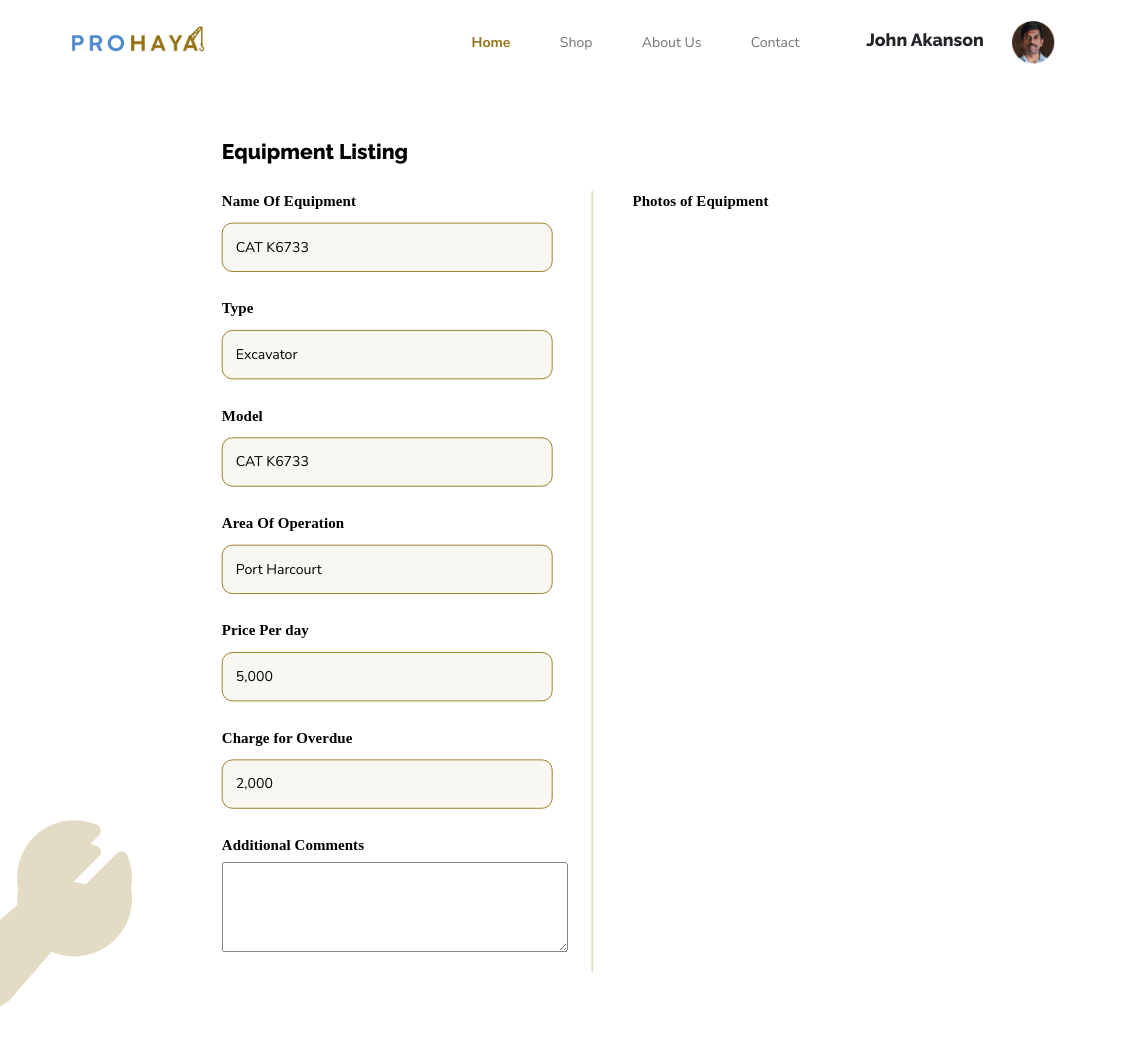
Repository: stormcelltech/Prohaya-UI
Page: Prohaya-UI/equipment_listing.html
The author's editor kept a copy of each file at every save. The page is drawn from the files as they stood at one save, then again after the next save.
The browser window is 1280 px wide. The pictures show the whole page, at 88% of full size.
Some web libraries are served in a nearby version.

Above is the page before, as saved 2022-04-14 03:32:41.
Console error: TypeError: $(...).owlCarousel is not a function

### Prohaya-UI/equipment_listing.html
<!DOCTYPE html>
<html lang="en">

<head>
    <meta charset="UTF-8">
    <meta http-equiv="X-UA-Compatible" content="IE=edge">
    <meta name="viewport" content="width=device-width, initial-scale=1.0">
    <title>Prohaya</title>
    <script src="./assets/js/jquery-3.6.0.js"></script>
    <script src="./assets/bootstrap/dist/js/bootstrap.bundle.js"></script>
    <link rel="stylesheet" href="assets/bootstrap/dist/css/bootstrap.css">
    <link rel="stylesheet" href="./assets/css/custom.css">
    <link rel="stylesheet" href="./assets/css/carousel.css">
    <link rel="stylesheet" href="./assets/css/responsive.css">
    <script src="https://kit.fontawesome.com/151ccf5101.js" crossorigin="anonymous"></script>
    <link rel="stylesheet" href="assets/fontawesome/css/all.css">
    <link rel="preconnect" href="https://fonts.googleapis.com">
    <link rel="preconnect" href="https://fonts.gstatic.com" crossorigin>
    <link href="https://fonts.googleapis.com/css2?family=Raleway:wght@800&display=swap" rel="stylesheet">


</head>

<body>
    <nav class="navbar navbar-expand-lg navbar-light custom-navWidth bg-light">
        <div class="container">
            <a class="navbar-brand" href="#"><img src="assets/img/logo/logo.png" class="logo" alt=""></a>
            <button class="navbar-toggler border-0" type="button" data-bs-toggle="collapse" data-bs-target="#navbarSupportedContent" aria-controls="navbarSupportedContent" aria-expanded="false" aria-label="Toggle navigation">
            <span class="navbar-toggler-icon"></span>
          </button>
            <div class="collapse navbar-collapse" id="navbarSupportedContent">
                <ul class="navbar-nav custom-nav-link ms-auto mb-2 mb-lg-0">
                    <li class="nav-item">
                        <a class="nav-link active custom-active" aria-current="page" href="#">Home</a>
                    </li>
                    <li class="nav-item">
                        <a class="nav-link" href="shop.html">Shop</a>
                    </li>

                    <li class="nav-item">
                        <a class="nav-link" href="#">About Us</a>
                    </li>

                    <li class="nav-item">
                        <a class="nav-link" href="#">Contact</a>
                    </li>
                </ul>
                <div class="custom-nav-btn-container">
                    <!-- <a href="login.html" class="signin-link">Sign in</a> -->
                    <strong class="custom_john">John Akanson</strong>
                    <!-- <a href="signup.html" class="custom-btn-primary">Sign Up</a> -->
                    <img src="./assets/img/card img/Ellipse 14.png" alt="">
                </div>
            </div>
        </div>
    </nav>



    <header class="custom-listing-padding">
        <div class="container">
            <div class="row">
                <h1 class="custom_listing">Equipment Listing</h1>
                <form action="">
                    <div class="row custom-row-padding">
                        <div class="col-md-6">
                            <div class="mb-3">
                                <label for="exampleFormControlInput1" class="form-label custom-labels">Name Of Equipment</label>
                                <input type="text" class="form-control custom-input" id="exampleFormControlInput1" placeholder="CAT K6733">
                            </div>
                            <div class="mb-3">
                                <label for="exampleFormControlInput1" class="form-label custom-labels">Type</label>
                                <input type="text" class="form-control custom-input" id="exampleFormControlInput1" placeholder="Excavator">
                            </div>
                            <div class="mb-3">
                                <label for="exampleFormControlInput1" class="form-label custom-labels">Model</label>
                                <input type="text" class="form-control custom-input" id="exampleFormControlInput1" placeholder="CAT K6733">
                            </div>
                            <div class="mb-3">
                                <label for="exampleFormControlInput1" class="form-label custom-labels">Area Of Operation</label>
                                <input type="text" class="form-control custom-input" id="exampleFormControlInput1" placeholder="Port Harcourt">
                            </div>
                            <div class="mb-3">
                                <label for="exampleFormControlInput1" class="form-label custom-labels">Price Per day</label>
                                <input type="number" class="form-control custom-input" id="exampleFormControlInput1" placeholder="5,000">
                            </div>
                            <div class="mb-3">
                                <label for="exampleFormControlInput1" class="form-label custom-labels">Charge for Overdue</label>
                                <input type="number" class="form-control custom-input" id="exampleFormControlInput1" placeholder="2,000">
                            </div>
                            <div class="mb-3">
                                <label for="exampleFormControlInput1" class="form-label custom-labels">Additional Comments</label>
                                <textarea name="" id="" cols="40" rows="4"></textarea>
                                <!-- <input type="text" class="form-control custom-input" id="exampleFormControlInput1" placeholder="CAT K6733"> -->
                            </div>

                        </div>
                        <div class="col-md-1 ">
                            <div class="custom_hr">
                            </div>
                        </div>

                        <div class="col-md-5">
                            <strong class="custom_photo_section">Photos of Equipment</strong>
                        </div>
                    </div>
                </form>

            </div>
        </div>
    </header>
    <div class="container-fluid">
        <div class="spanner-container">
            <img src="./assets/img/header component/Vector.svg" class="" alt="">
        </div>
    </div>
    <div class="container-fluid">
        <div class="spanner-container">
            <img src="./assets/img/header component/Vector.svg" class="" alt="">
        </div>
    </div>
    <!-- <div class="container my-5">
        <div class="input-group d-md-none">
            <select class="form-select custom-form-select" id="inputGroupSelect04" aria-label="Example select with button addon">
              <option class="selected" selected>Location</option>
              <option value="1">One</option>
              <option value="2">Two</option>
              <option value="3">Three</option>
            </select>
            <select class="form-select custom-form-select" id="inputGroupSelect04" aria-label="Example select with button addon">
                <option class="selected" selected>Categories</option>
                <option value="1">One</option>
                <option value="2">Two</option>
                <option value="3">Three</option>
              </select>
            <select class="form-select custom-form-select" id="inputGroupSelect04" aria-label="Example select with button addon">
                <option class="selected" selected>Price</option>
                <option value="1">One</option>
                <option value="2">Two</option>
                <option value="3">Three</option>
              </select>
            <button class="btn btn-outline-secondary custom-brown-btn" type="button"><i class="fas fa-search"></i></button>
        </div>
    </div> -->
    <!-- <div class="container-fluid">
        <div class="spanner-container">
            <img src="./assets/img/header component/Vector.svg" class="" alt="">
        </div>
    </div> -->

    <!-- <section class="what-we-offer-bg">
        <div class="container">
            <h1 class="custom-heading-2 mt-5 text-white">
                What we offer
            </h1>
            <div class="line"></div>
        </div>

        <div class="container">
            <div class="row my-5 row-padding">
                <div class="col-md-4">
                    <div class="card mb-3 bg-transparent border-0" style="max-width: 540px;">
                        <div class="row g-0">
                            <div class="col-md-3 col-sm-12">
                                <div class="card-box d-flex justify-content-center">
                                    <div class="circle-1 text-center">
                                        <div class="icon-padding">
                                            <img src="./assets/img/icon/paste.png" width="35px" style="margin: 0 auto;" alt="">
                                        </div>
                                    </div>
                                </div>
                            </div>
                            <div class="col-md-9 text-start">
                                <div class="card-body">
                                    <h5 class="card-title custom-card-title">Listings Of Equipments</h5>
                                    <p class="card-text custom-card-text">Prohaya connects you with a wide range of equipments from vendors all around Nigeria. </p>
                                </div>
                            </div>
                        </div>
                    </div>
                </div>
                <div class="col-md-4">
                    <div class="card mb-3 bg-transparent border-0" style="max-width: 540px;">
                        <div class="row g-0">
                            <div class="col-md-3">
                                <div class="card-box d-flex justify-content-center">
                                    <div class="circle-2 text-center">
                                        <div class="icon-padding">
                                            <img src="./assets/img/icon/van-cargo.png" width="35px" style="margin: 0 auto;" alt="">
                                        </div>
                                    </div>
                                </div>
                            </div>
                            <div class="col-md-9 text-start">
                                <div class="card-body">
                                    <h5 class="card-title custom-card-title">Delivery Nationwide</h5>
                                    <p class="card-text custom-card-text">Prohaya connects you with a wide range of equipments from vendors all around Nigeria. </p>
                                </div>
                            </div>
                        </div>
                    </div>
                </div>
                <div class="col-md-4">
                    <div class="card mb-3 bg-transparent border-0" style="max-width: 540px;">
                        <div class="row g-0">
                            <div class="col-md-3">
                                <div class="card-box d-flex justify-content-center">
                                    <div class="circle-3 text-center">
                                        <div class="icon-padding">
                                            <img src="./assets/img/icon/arrow.png" width="35px" style="margin: 0 auto;" alt="">
                                        </div>
                                    </div>
                                </div>
                            </div>
                            <div class="col-md-9 text-start">
                                <div class="card-body">
                                    <h5 class="card-title custom-card-title">Negotiable Payments</h5>
                                    <p class="card-text custom-card-text">Prohaya connects you with a wide range of equipments from vendors all around Nigeria. </p>
                                </div>
                            </div>
                        </div>
                    </div>
                </div>
            </div>
        </div>
    </section> -->

    <!-- <section class="section-settings-3">
        <div class="container">
            <h1 class="custom-heading-3 mt-5 text-center">
                What do you need ?
            </h1>
        </div>

        <div class="container">
            <div class="row">
                <div class="col-md-4">
                    <div class="card" style="width: 20rem;">
                        <img src="./assets/img/background/unsplash_jibUsRaauLY.png" class="card-img-top p-3" alt="...">
                        <div class="card-body">
                            <div class="card-title custom-card-title-2">
                                Excavators
                            </div>
                            <div class="card-text font-weight-bold">
                                Available
                            </div>
                        </div>
                    </div>
                </div>
                <div class="col-md-4">
                    <div class="card" style="width: 20rem;">
                        <img src="./assets/img/background/unsplash_AI2YT94sSeA@2x.png" class="card-img-top p-3" alt="...">
                        <div class="card-body">
                            <div class="card-title custom-card-title-2">
                                Bulldozers
                            </div>
                            <div class="card-text font-weight-bold">
                                Available
                            </div>
                        </div>
                    </div>
                </div>
                <div class="col-md-4">
                    <div class="card" style="width: 20rem;">
                        <img src="./assets/img/background/unsplash_9qfH_EIzH6w.png" class="card-img-top p-3" alt="...">
                        <div class="card-body">
                            <div class="card-title custom-card-title-2">
                                Graders
                            </div>
                            <div class="card-text font-weight-bold">
                                Available
                            </div>
                        </div>
                    </div>
                </div>
            </div>



        </div>
    </section> -->

    <!-- <section class="section-settings-4">
        <div class="container">
            <h1 class="custom-heading-2 mt-5 text-dark">
                Testimonials
            </h1>
            <div class="line"></div>
        </div>

        <div class="container">
            <div class="circle-quote-container d-flex justify-content-start">
                <div class="circle-quote d-inline-flex">
                    <span class="circle-quote-img"><img src="./assets/img/icon/Vector.svg" alt=""></span><span></span>
                </div>
            </div>
            <div class="row testimonial-margin">
                <div class="col-md-4">
                    <div class="card">
                        <img src="assets/img/background/Rectangle 28.png" alt="" class="card-img-top">
                        <div class="card-body">
                            <div class="card-text my-2 text-justify">
                                Lorem ipsum dolor sit amet, consectetur adipiscing elit. Lacus scelerisque faucibus feugiat sed vestibulum sit mauris eget tempor. Hac lacus, posuere in bibendum interdum.
                            </div>
                            <div class="card-title font-weight-bold">
                                <b>
                                Kate
                                </b>
                            </div>
                            <div class="text-gray">
                                Elizade Construction Company
                            </div>
                        </div>
                    </div>
                </div>
                <div class="col-md-4">
                    <div class="card">
                        <img src="assets/img/background/unsplash_vK6HbLrGzZc.png" alt="" class="card-img-top">
                        <div class="card-body">
                            <div class="card-text my-2 text-justify">
                                Lorem ipsum dolor sit amet, consectetur adipiscing elit. Lacus scelerisque faucibus feugiat sed vestibulum sit mauris eget tempor. Hac lacus, posuere in bibendum interdum.
                            </div>
                            <div class="card-title font-weight-bold">
                                <b>
                                    Okoro
                                </b>
                            </div>
                            <div class="text-gray">
                                Elizade Construction Company
                            </div>
                        </div>
                    </div>
                </div>
                <div class="col-md-4">
                    <div class="card">
                        <img src="assets/img/background/unsplash_KHO_jvns5Xc.png" alt="" class="card-img-top">
                        <div class="card-body">
                            <div class="card-text my-2 text-justify">
                                Lorem ipsum dolor sit amet, consectetur adipiscing elit. Lacus scelerisque faucibus feugiat sed vestibulum sit mauris eget tempor. Hac lacus, posuere in bibendum interdum.
                            </div>
                            <div class="card-title font-weight-bold">
                                <b>
                                    Micheal
                                </b>
                            </div>
                            <div class="text-gray">
                                Elizade Construction Company
                            </div>
                        </div>
                    </div>
                </div>
            </div>

            <div class="circle-quote-container d-flex justify-content-end">
                <div class="circle-quote-2 d-inline-flex"> -->
                    <!-- <span class="circle-quote-img"><img src="./assets/img/icon/Vector.svg" alt=""></span><span></span> -->
                    <!-- <span></span> <span class="circle-quote-img-2"><img src="./assets/img/icon/Vector.svg" alt=""></span>
                </div>
            </div>
        </div>
    </section> -->

    <!-- <section class="section-settings-5">
        <div class="container">
            <div class="row d-flex justify-content-center">
                <div class="col-md-6">
                    <div class="details-1 pb-5 my-lg-5">
                        The largest community of <br> Heavy duty equipments <br> Hirers and Users
                    </div>
                </div>
                <div class="col-md-6">
                    <div class="card custom-signup-card">
                        <div class="signup-heading">
                            Sign up for a free account
                        </div>
                        <div class="card-body p-4">
                            <form action="" class="px-4">
                                <div class="row">
                                    <div class="col-md-6 mt-4">
                                        <input type="text" class="form-control form-custom-control" placeholder="First name" name="firstname" id="">
                                    </div>
                                    <div class="col-md-6 mt-4">
                                        <input type="text" name="lastname" class="form-control form-custom-control" placeholder="Last name" id="">
                                    </div>
                                </div>
                                <div class="row mt-4">
                                    <div class="col-md-12">
                                        <input type="email" class="form-control form-custom-control" placeholder="Email address" name="firstname" id="">
                                    </div>

                                </div>

                                <div class="row my-4">
                                    <div class="col-md-12">
                                        <input type="password" class="form-control form-custom-control" placeholder="Create password" name="firstname" id="">
                                    </div>

                                </div>

                                <div class="signup-btn-container mb-4">
                                    <button type="submit" class="custom-btn custom-primary-btn">Register</button>
                                </div>
                            </form>
                        </div>
                    </div>
                </div>
            </div>
        </div>
    </section> -->

    <!-- <footer class="footer-settings">
        <div class="container">
            <div class="row mt-5">
                <div class="col-md-12">
                    <div class="row">
                        <div class="col-md-4">
                            <div class="logo-brand">
                                <img src="./assets/img/logo/logo.png" alt="">
                            </div>
                        </div>
                        <div class="col-md-4">
                            <div class="col-md-12">
                                <div class="row">
                                    <div class="col-md-4">
                                        <a href="#" class="footer-link">Contact Us</a>
                                    </div>
                                    <div class="col-md-4">
                                        <a href="#" class="footer-link">Community</a>
                                    </div>
                                    <div class="col-md-4">
                                        <a href="#" class="footer-link">Company</a>
                                    </div>
                                </div>
                            </div>
                        </div>
                        <div class="col-md-4">
                            <div class="footer-copyright">
                                © Prohaya, Inc. 2022. We love our users!
                            </div>
                        </div>
                    </div>
                </div>
            </div> -->
            <!-- <div class="footer-bg">
                <img src="./assets/img/background/footer-bg.png" class="fixed-bottom" alt="">
            </div> -->

        <!-- </div>

    </footer> -->
    <!-- <div class="footer-custom-style">
        <div></div>
        <div></div>
    </div> -->
    <!-- <div class="footer-cover">
    </div> -->











    <script src="./assets/js/slider.js"></script>
</body>

</html>

Loaded but not shown: assets/js/jquery-3.6.0.js (library); assets/bootstrap/dist/js/bootstrap.bundle.js (library); assets/bootstrap/dist/css/bootstrap.css (library); assets/fontawesome/css/all.css (library); assets/js/slider.js (95 lines, source omitted); Prohaya-UI/assets/css/custom.css (836 lines, source omitted); assets/css/carousel.css (no copy from this time; the picture is the same without it); assets/css/responsive.css (no copy from this time; the picture is the same without it)

After the next save:
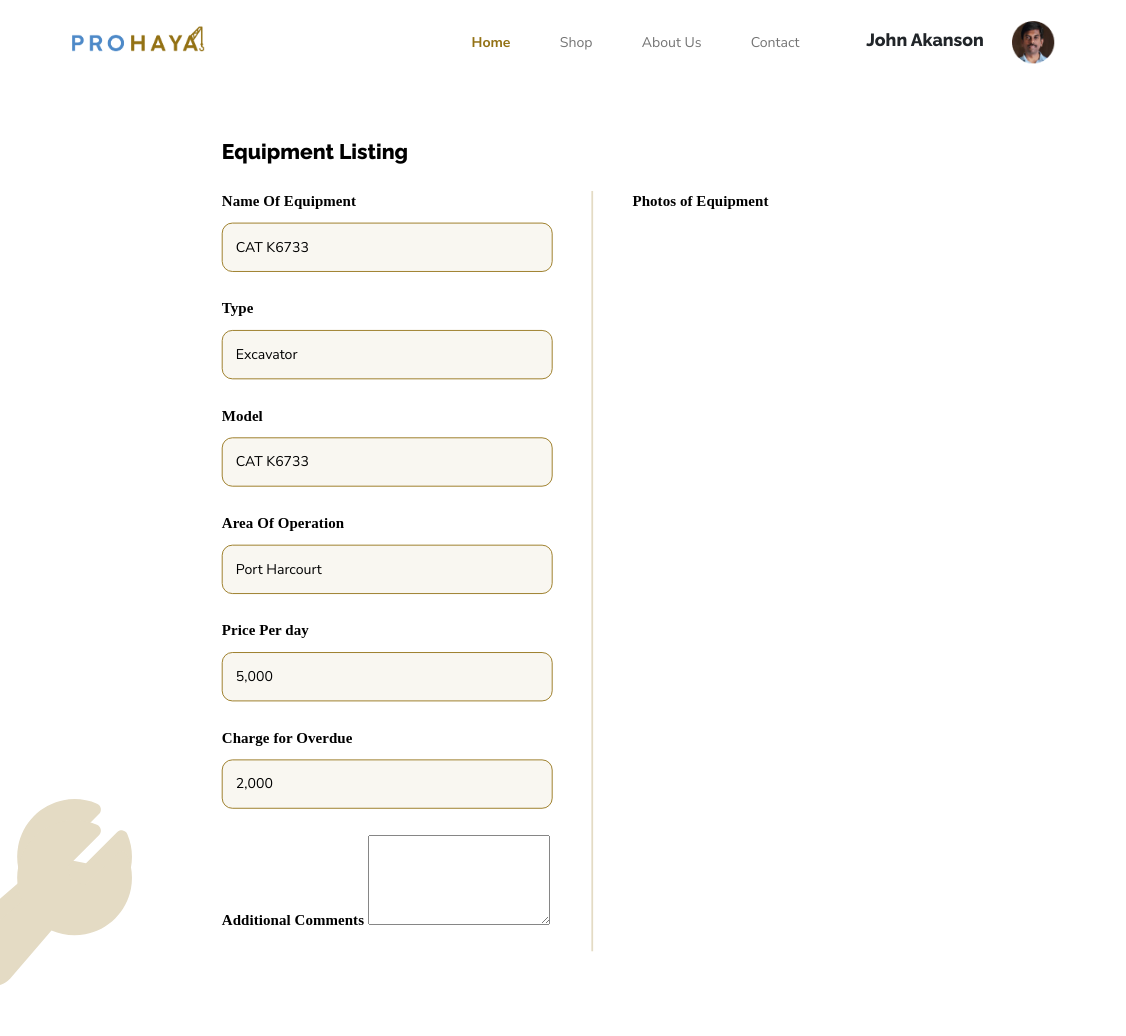
Saved 11 s later.
--- a/Prohaya-UI/equipment_listing.html
+++ b/Prohaya-UI/equipment_listing.html
@@ -90,7 +90,7 @@
                             </div>
                             <div class="mb-3">
                                 <label for="exampleFormControlInput1" class="form-label custom-labels">Additional Comments</label>
-                                <textarea name="" id="" cols="40" rows="4"></textarea>
+                                <textarea name="" id=""  rows="4"></textarea>
                                 <!-- <input type="text" class="form-control custom-input" id="exampleFormControlInput1" placeholder="CAT K6733"> -->
                             </div>
 
